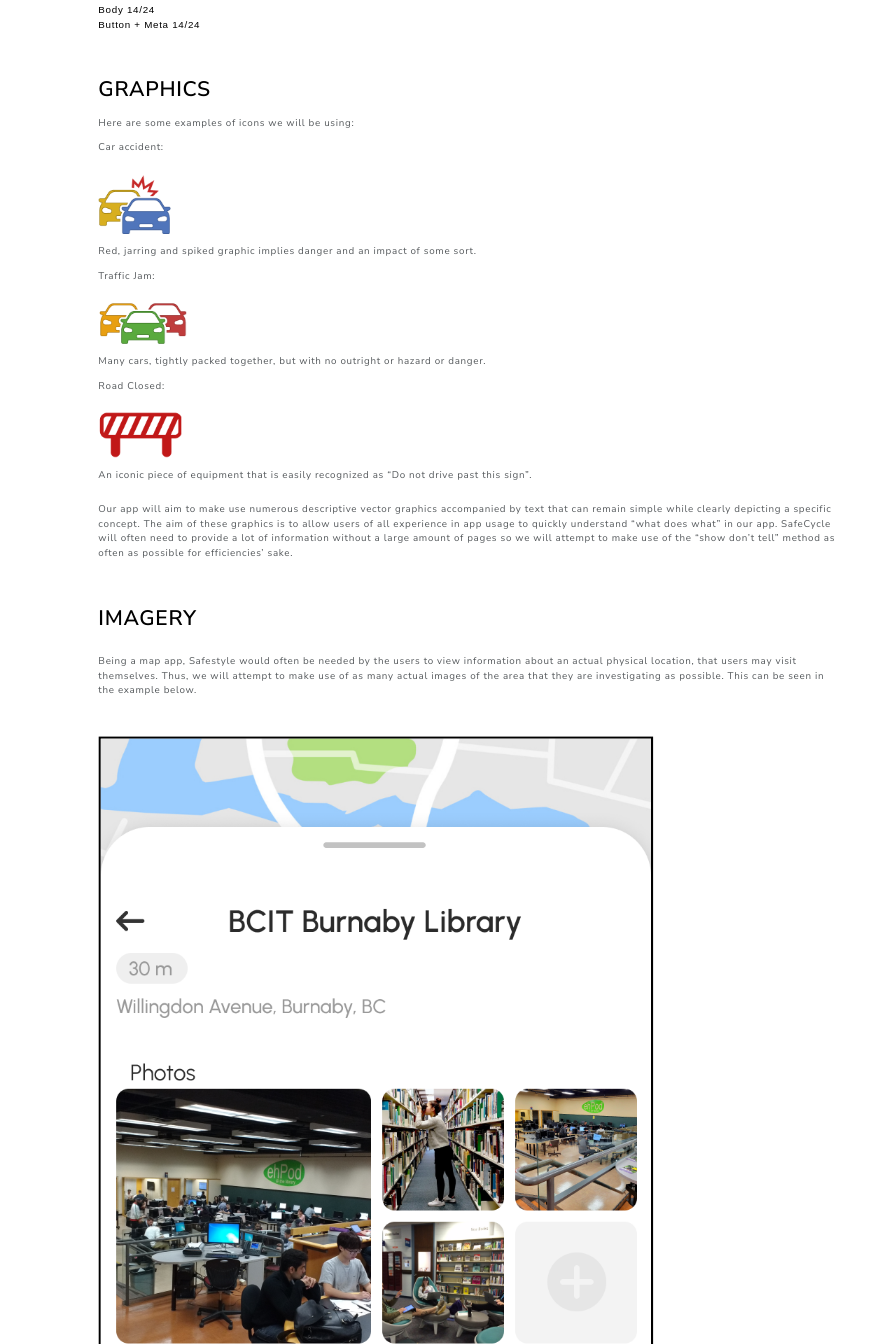
Repository: Aladdin3r/safecycle-styleguide
Page: /
An editor plug-in stored every save of this project. The page is shown before and after the next save, followed by the edit.
The browser window is 1280 px wide. The pictures show the part of the page from y = 2915 to 4835 px (the page is 5808 px tall before and 5742 px after), at 70% of full size.
The project was rebuilt for these pictures with package versions that can differ from the ones it lists, and the page was loaded fresh each time. The framework's server and built-in components were replaced by stand-ins that run in the browser. Also part of the build but not shown: next.config.mjs.

Above is the page before, as saved 2024-04-09 22:51:40.

After the next save:
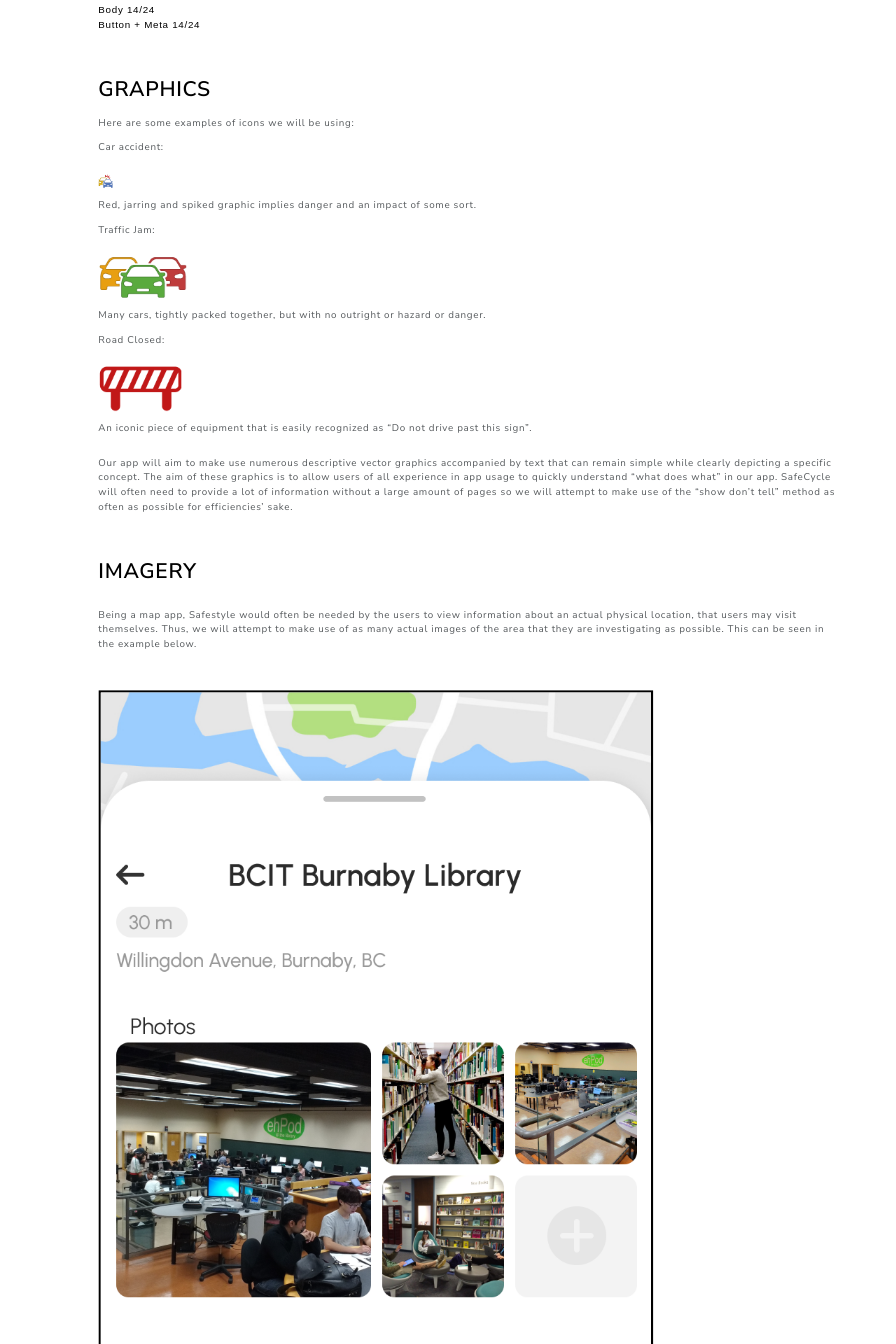
Saved 42 s later.
--- a/pages/index.js
+++ b/pages/index.js
@@ -180,7 +180,7 @@
         <div className={styles.graphicTitle}>GRAPHICS</div>
         <div className={styles.graphicName}>Here are some examples of icons we will be using:</div>
         <div className={styles.graphicName}>Car accident:</div>
-        <img className={styles.carCrash} src="/carCrash.png" alt="Car Accident"></img>
+        <img className={styles.carCrash} src="/carCrash.png" height={20} width={20} alt="Car Accident"></img>
         <div className={styles.graphicDesc}>Red, jarring and spiked graphic implies danger and an impact of some sort.</div>
         <div className={styles.graphicName}>Traffic Jam:</div>
         <img className={styles.traffic} src="/traffic.png" alt="Traffic"></img>
